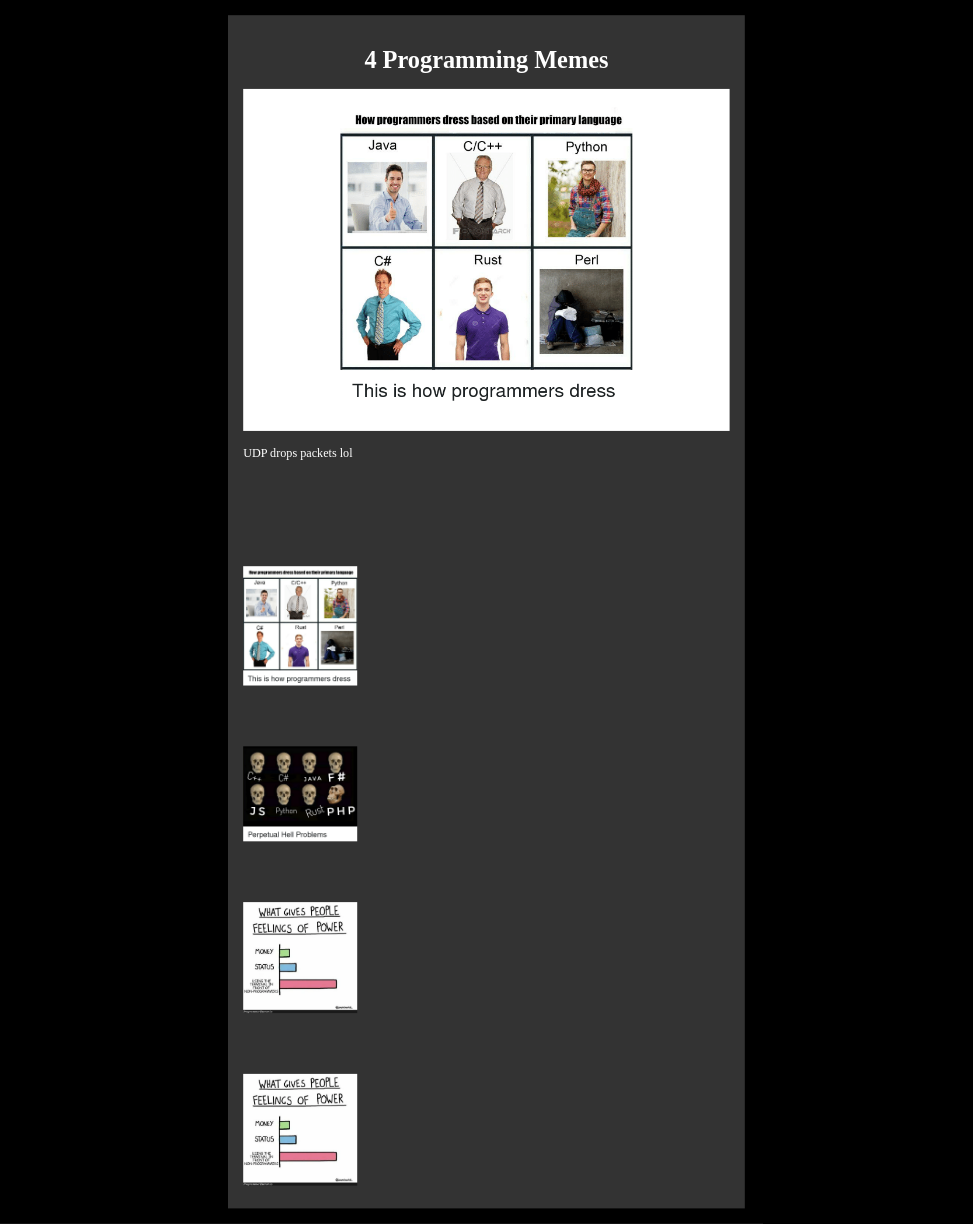
Repository: apopheny/JS230
Page: slideshow/index.html
An editor plug-in stored every save of this project. The page is shown before and after a run of saves, followed by the edit.
The browser window is 1280 px wide. The pictures show the whole page, at 76% of full size.

Above is the page before, as saved 2024-02-05 14:16:48.
Console error: ReferenceError: func is not defined

After the next 2 saves:
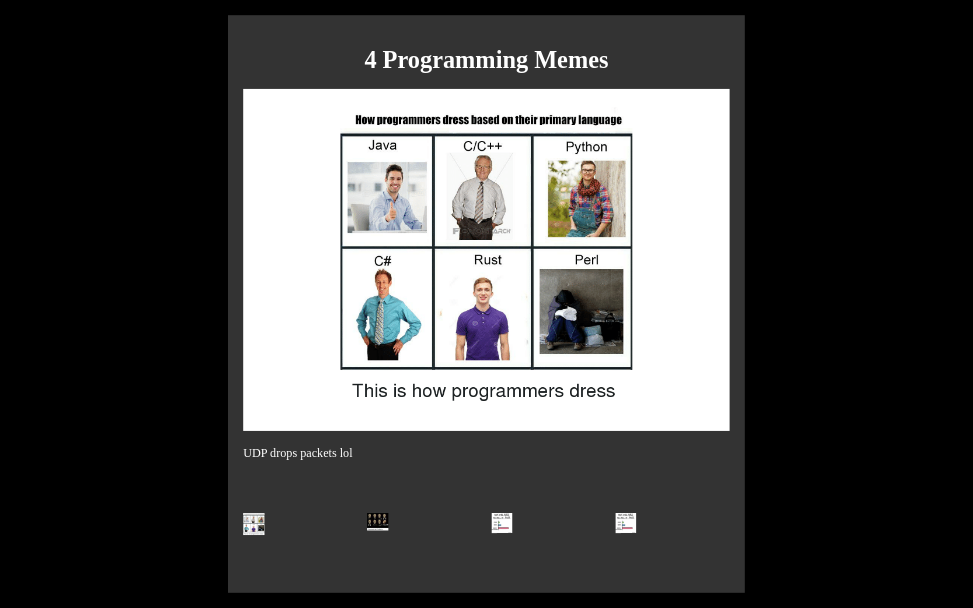
The 2 saves are shown as one change because they came seconds apart.
The last was saved 22 s later.
--- a/slideshow/index.html
+++ b/slideshow/index.html
@@ -36,7 +36,7 @@
     <script type="text/x-handlebars-template" id="imageGalleryPartial">
       <div class="image-gallery">
         {{#each this}}
-          <a href="#" class="image-gallery" data-index="{{@index}}">
+          <a href="#" class="image-thumbnail" data-index"{{@index}}">
             <img
               src="assets/pic_{{this.id}}.png"
               class="image-thumbnail"
